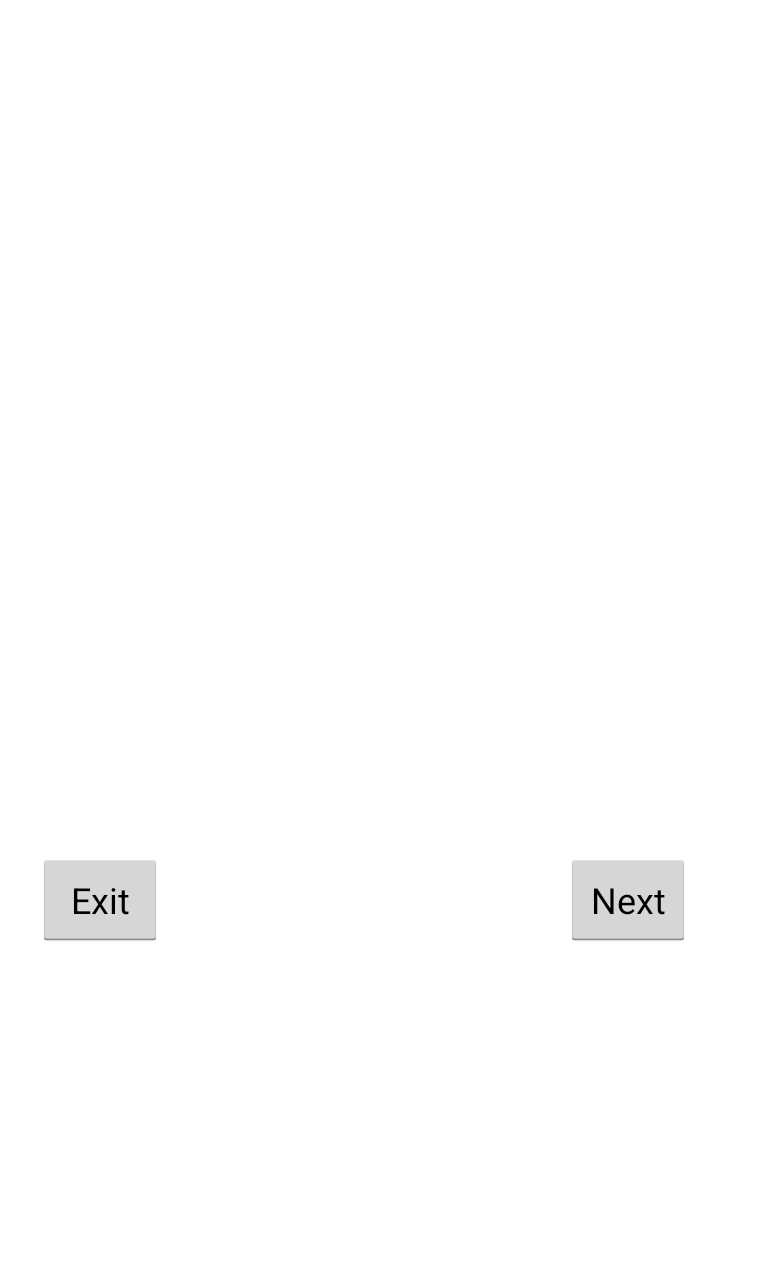
Repository: RaymondCalderon/programs_school
Layout: Trabajos Eclipse/Apps eclipse/FoxEnglish/res/layout/actividad1.xml
An editor plug-in stored every save of this project. The layout is shown before and after the next save, followed by the edit.
It is drawn on a 768 x 1280 px phone screen (xhdpi) without system bars, with theme AppTheme; the app's code is not run.

Above is the layout before, as saved 2016-02-22 20:54:25.

After the next save:
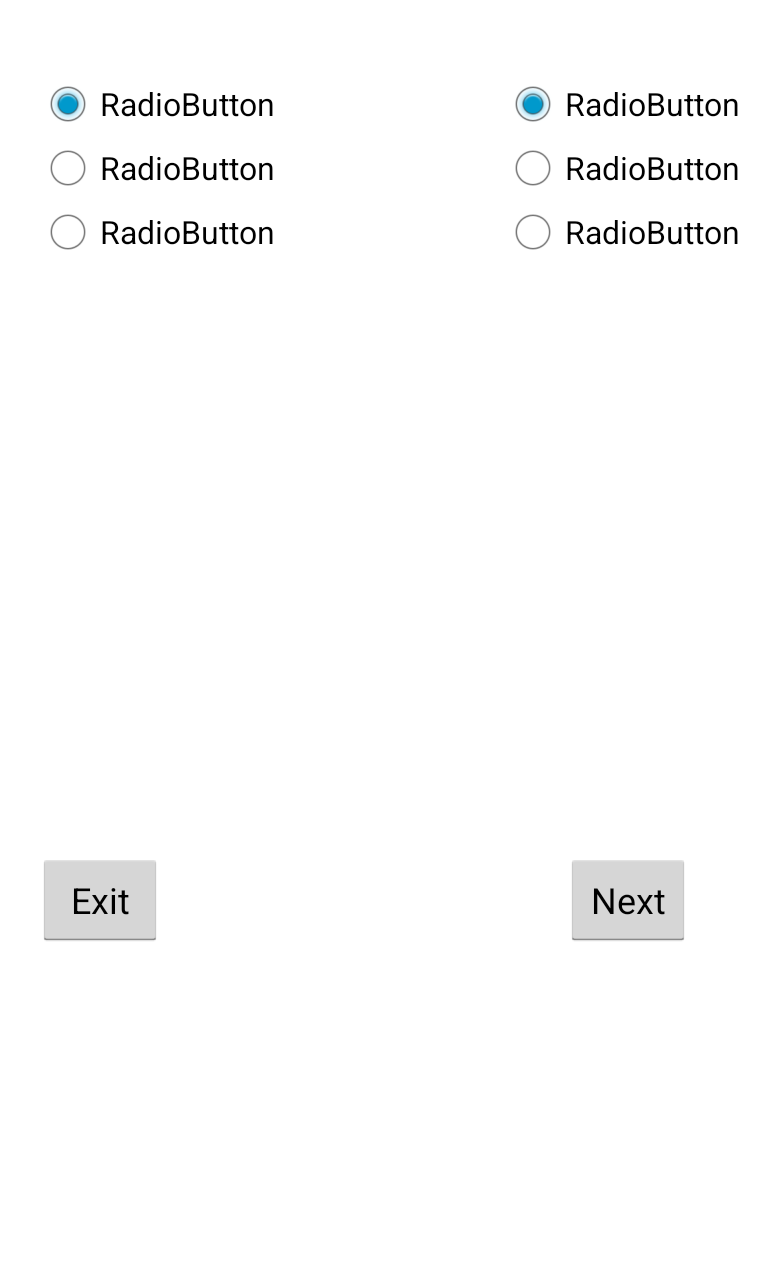
Saved 40 h 3 min later.
--- a/Trabajos Eclipse/Apps eclipse/FoxEnglish/res/layout/actividad1.xml
+++ b/Trabajos Eclipse/Apps eclipse/FoxEnglish/res/layout/actividad1.xml
@@ -25,4 +25,60 @@
         android:layout_marginRight="38dp"
         android:text="@string/btnNext" />
 
+    <RadioGroup
+        android:id="@+id/radioGroup1"
+        android:layout_width="wrap_content"
+        android:layout_height="wrap_content"
+        android:layout_alignLeft="@+id/pbtn1"
+        android:layout_alignParentTop="true"
+        android:layout_marginTop="36dp" >
+
+        <RadioButton
+            android:id="@+id/radio0"
+            android:layout_width="wrap_content"
+            android:layout_height="wrap_content"
+            android:checked="true"
+            android:text="RadioButton" />
+
+        <RadioButton
+            android:id="@+id/radio1"
+            android:layout_width="wrap_content"
+            android:layout_height="wrap_content"
+            android:text="RadioButton" />
+
+        <RadioButton
+            android:id="@+id/radio2"
+            android:layout_width="wrap_content"
+            android:layout_height="wrap_content"
+            android:text="RadioButton" />
+    </RadioGroup>
+
+    <RadioGroup
+        android:id="@+id/radioGroup2"
+        android:layout_width="wrap_content"
+        android:layout_height="wrap_content"
+        android:layout_alignBottom="@+id/radioGroup1"
+        android:layout_alignParentRight="true"
+        android:layout_marginRight="14dp" >
+
+        <RadioButton
+            android:id="@+id/radio0"
+            android:layout_width="wrap_content"
+            android:layout_height="wrap_content"
+            android:checked="true"
+            android:text="RadioButton" />
+
+        <RadioButton
+            android:id="@+id/radio1"
+            android:layout_width="wrap_content"
+            android:layout_height="wrap_content"
+            android:text="RadioButton" />
+
+        <RadioButton
+            android:id="@+id/radio2"
+            android:layout_width="wrap_content"
+            android:layout_height="wrap_content"
+            android:text="RadioButton" />
+    </RadioGroup>
+
 </RelativeLayout>
